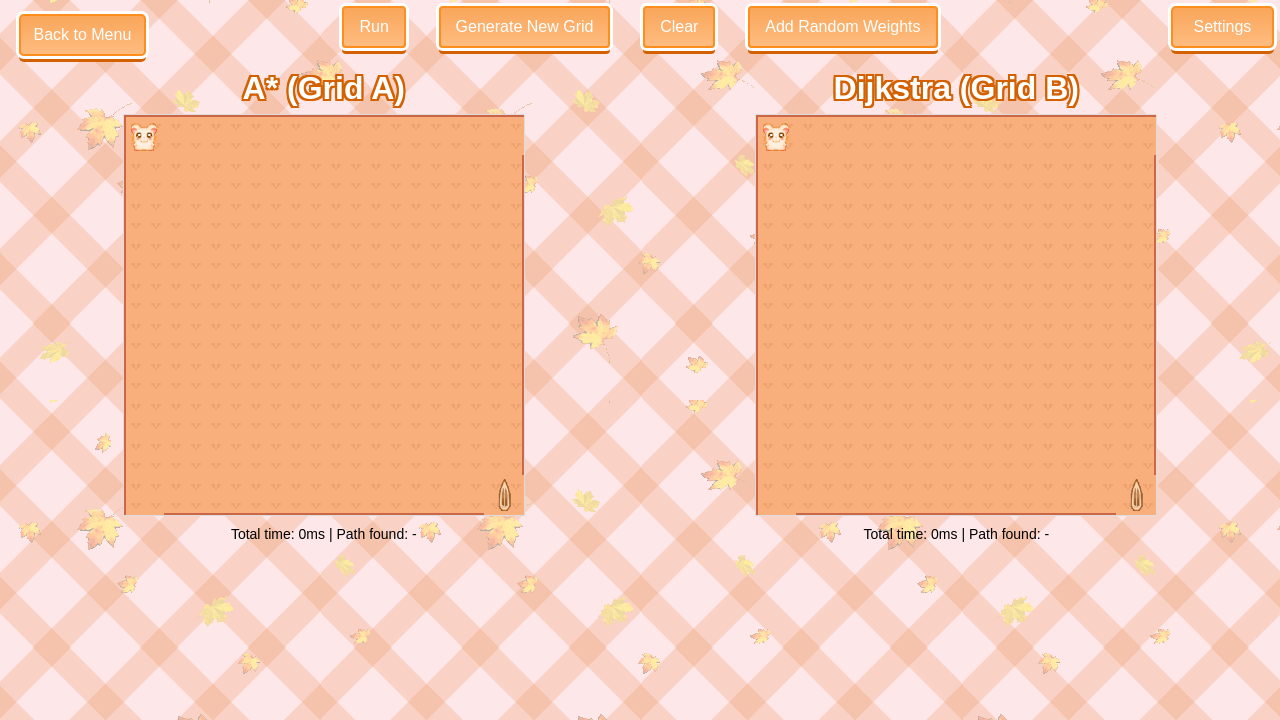
Repository: ramosfranz/Hamster-Crossing
Page: src/game.html
The author's editor kept a copy of each file at every save. The page is drawn from the files as they stood at one save, then again after the next save.
The browser window is 1280 px wide. The pictures show the whole page.
Some web fonts or font styles are not loaded; a fallback is used.

Above is the page before, as saved 2025-05-14 19:22:14.

After the next save:
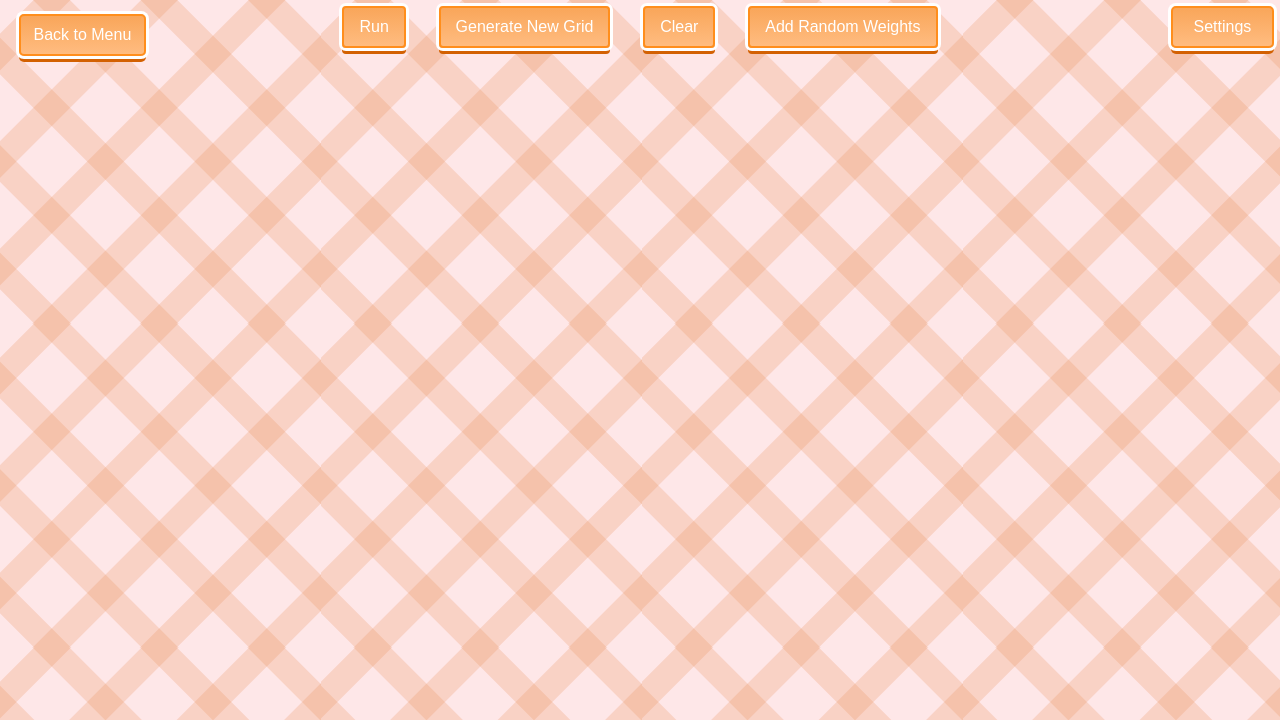
Console error (its wording comes from the project's code and is left out).
Saved 2 min 40 s later.
--- a/src/js/manager/stateManager.js
+++ b/src/js/manager/stateManager.js
@@ -2,18 +2,20 @@
     volume: 50,
     hamster: 'hamster1',
     gridCount: 2,
-    gridAlgorithms: ['aStar', 'dijkstra']
+    gridAlgorithms: ['aStar', 'dijkstra'],
+
+    save() {
+        const { volume, hamster, gridCount, gridAlgorithms } = this;
+        localStorage.setItem('userSettings', JSON.stringify({ volume, hamster, gridCount, gridAlgorithms }));
+    },
+
+    load() {
+        const saved = JSON.parse(localStorage.getItem('userSettings'));
+        if (saved) {
+            this.volume = saved.volume ?? this.volume;
+            this.hamster = saved.hamster ?? this.hamster;
+            this.gridCount = saved.gridCount ?? this.gridCount;
+            this.gridAlgorithms = saved.gridAlgorithms ?? this.gridAlgorithms;
+        }
+    }
 };
-
-export let searchInProgress = false;
-export const timers = {};
-
-export function setSearchInProgress(value) {
-    searchInProgress = value;
-}
-
-export function resetTimers() {
-    for (const key in timers) {
-        timers[key].textContent = "Total time: 0ms | Path found: -";
-    }
-}

After the save that followed:
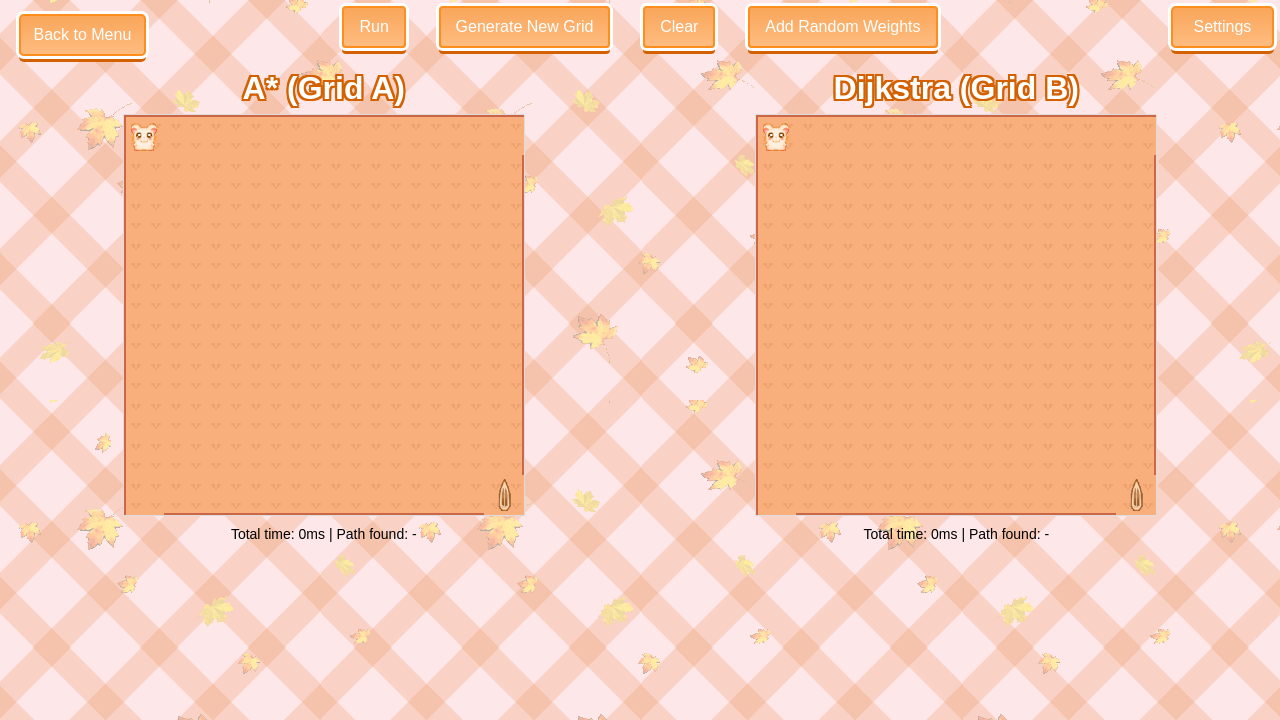
The error is gone.
Saved 12 s later.
--- a/src/js/manager/stateManager.js
+++ b/src/js/manager/stateManager.js
@@ -2,20 +2,18 @@
     volume: 50,
     hamster: 'hamster1',
     gridCount: 2,
-    gridAlgorithms: ['aStar', 'dijkstra'],
+    gridAlgorithms: ['aStar', 'dijkstra']
+};
 
-    save() {
-        const { volume, hamster, gridCount, gridAlgorithms } = this;
-        localStorage.setItem('userSettings', JSON.stringify({ volume, hamster, gridCount, gridAlgorithms }));
-    },
+export let searchInProgress = false;
+export const timers = {};
 
-    load() {
-        const saved = JSON.parse(localStorage.getItem('userSettings'));
-        if (saved) {
-            this.volume = saved.volume ?? this.volume;
-            this.hamster = saved.hamster ?? this.hamster;
-            this.gridCount = saved.gridCount ?? this.gridCount;
-            this.gridAlgorithms = saved.gridAlgorithms ?? this.gridAlgorithms;
-        }
+export function setSearchInProgress(value) {
+    searchInProgress = value;
+}
+
+export function resetTimers() {
+    for (const key in timers) {
+        timers[key].textContent = "Total time: 0ms | Path found: -";
     }
-};
+}
